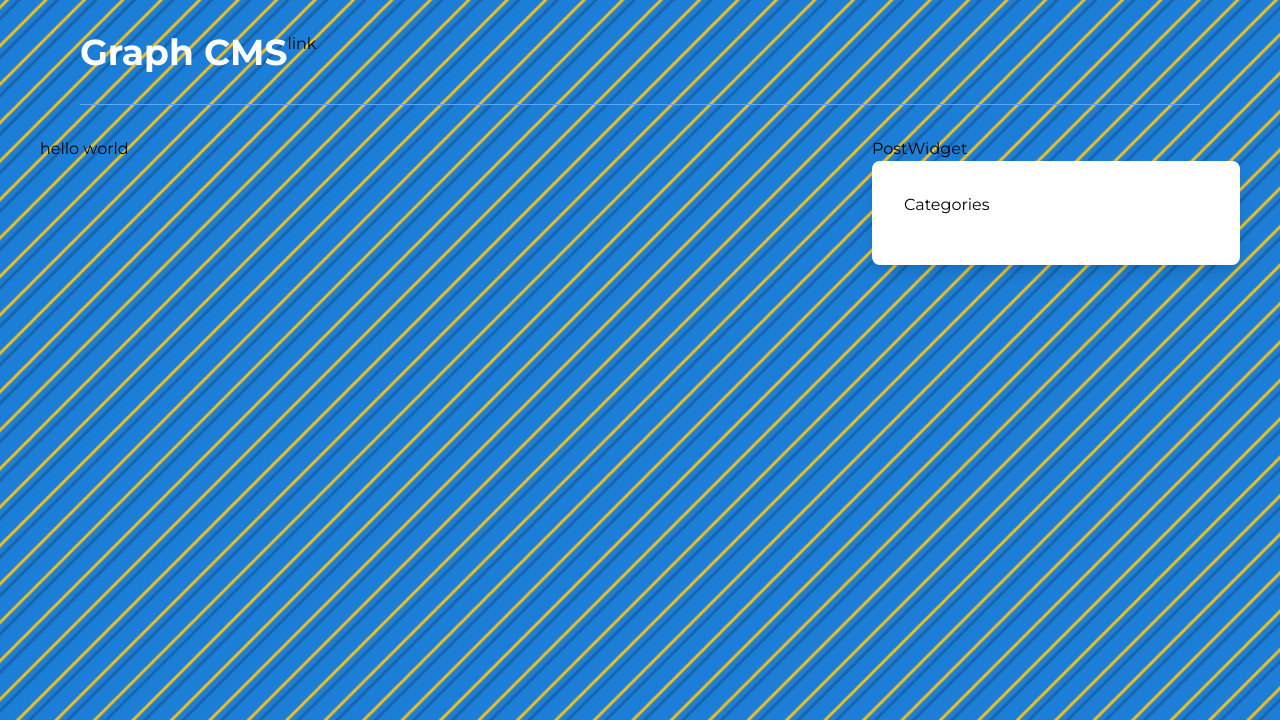
Repository: Sinkycode/Evangel_blog
Page: /
An editor plug-in stored every save of this project. The page is shown before and after the next save, followed by the edit.
The browser window is 1280 px wide. The pictures show the whole page.
The project was rebuilt for these pictures with package versions that can differ from the ones it lists, and the page was loaded fresh each time. The framework's server and built-in components were replaced by stand-ins that run in the browser. Also part of the build but not shown: next.config.js, components/PostCard.jsx.

Above is the page before, as saved 2022-07-02 07:56:19.

### pages/_app.tsx
import React, {useEffect, useState} from 'react';
import { Layout } from '../components';
import '../styles/globals.scss'
import type { AppProps } from 'next/app'


function MyApp({ Component, pageProps }: AppProps) {
  return (
    <Layout>
      <Component {...pageProps} />
    </Layout>
  )
}

export default MyApp

### pages/index.js

import { PostCard, Categories, PostWidget } from '../components';

export default function Home({ posts }) {
  return (
    <div className="container mx-auto px-10 mb-8">

      <div className="grid grid-cols-1 lg:grid-cols-12 gap-12">
        <div className="lg:col-span-8 col-span-1">
          hello world
        </div>
        <div className="lg:col-span-4 col-span-1">
          <div className="lg:sticky relative top-8">
            <PostWidget />
            <Categories />
          </div>
        </div>
      </div>
    </div>
  );
}

### components/index.js
export { default as PostCard } from './PostCard';
export { default as Categories } from './Categories';
export { default as PostWidget } from './PostWidget';
export { default as Header } from './Header';
export { default as Layout } from './Layout';

### styles/globals.scss
@tailwind base;
@tailwind components;
@tailwind utilities;

@import url('https://fonts.googleapis.com/css2?family=Montserrat:wght@300;400;700&display=swap');

html,
body {
  padding: 0;
  margin: 0;
  font-family: 'Montserrat', sans-serif;
  &:before{
    content:'';
    content: "";
    width: 100%;
    height: 100vh;
    //background: linear-gradient(to right bottom, #6d327c, #485DA6, #00a1ba, #01b18e, #32b37b);
    // background: #D3D3D3;
    background-image: url("../public/doodad.png");
    position: fixed;
    left: 0;
    top: 0;
    z-index: -1;
    background-position: 50% 50%;
    background-repeat: no-repeat;
    background-size: cover;
  }
}

.text-shadow{
  text-shadow: 0px 2px 0px rgb(0 0 0 / 30%);
}

.adjacent-post{
  & .arrow-btn{
    transition: width 300ms ease;
    width: 50px;
  }
  &:hover{
    & .arrow-btn{
      width: 60px;
    }
  }
}

.react-multi-carousel-list {
  & .arrow-btn{
    transition: width 300ms ease;
    width: 50px;
    &:hover{
      width: 60px;
    }
  }

}

a {
  color: inherit;
  text-decoration: none;
}

* {
  box-sizing: border-box;
}

### components/Categories.jsx
import React, { useState, useEffect } from 'react';

const Categories = () => {
  return (
    <div className="bg-white shadow-lg rounded-lg p-8 pb-12 mb-8">
     Categories
    </div>
  );
};

export default Categories;

### components/PostWidget.jsx
import React, { useState, useEffect } from 'react';

const PostWidget = ({ categories, slug }) => {
  return (
    <div>
      PostWidget
    </div>
  )
};

export default PostWidget;

### components/Header.jsx
import React, { useState, useEffect } from 'react';

import Link from 'next/link';

const Header = () => {

  return (
    <div className="container mx-auto px-10 mb-8">
      <div className="container mx-auto px-10 mb-8">
      <div className="border-b w-full inline-block border-blue-400 py-8">
        <div className="md:float-left block">
          <Link href="/">
            <span className="cursor-pointer font-bold text-4xl text-white">
              Graph CMS
            </span>
          </Link>
        </div>
        <div className="hidden md:float-left md:contents">
          link
        </div>
      </div>
    </div>
    </div>
  );
};

export default Header;

Loaded but not shown: components/Layout.jsx (common file); tailwind.config.js (common file)

After the next save:
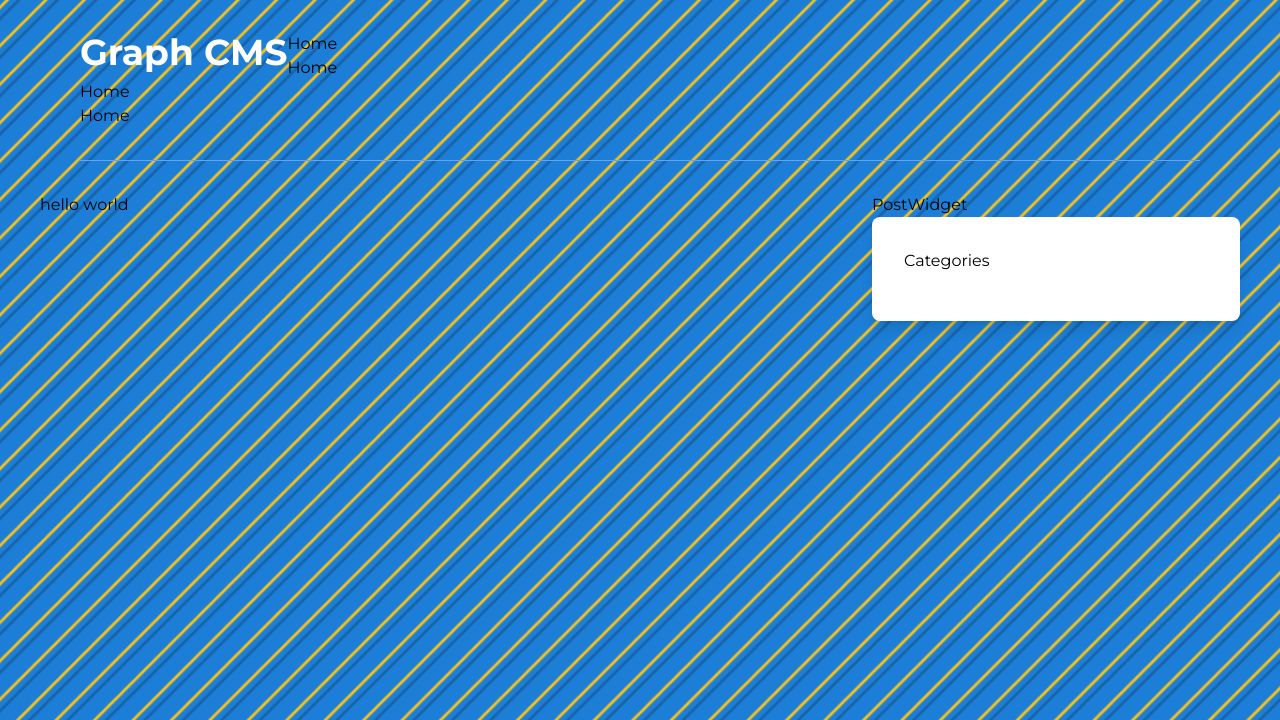
Saved 31 s later.
--- a/components/Header.jsx
+++ b/components/Header.jsx
@@ -16,7 +16,12 @@
           </Link>
         </div>
         <div className="hidden md:float-left md:contents">
-          link
+          <ul>
+            <li>Home</li>
+            <li>Home</li>
+            <li>Home</li>
+            <li>Home</li>
+          </ul>
         </div>
       </div>
     </div>
